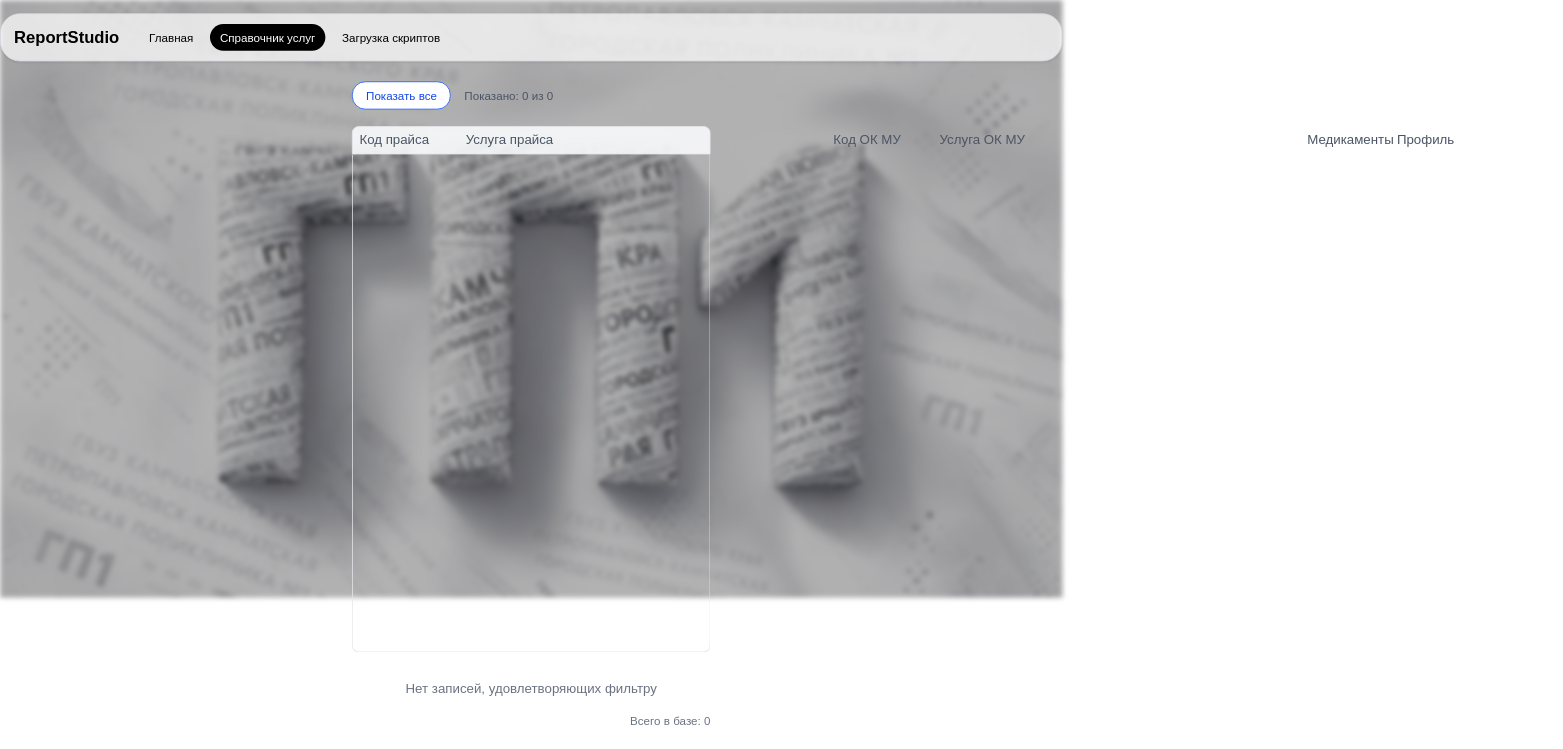
Repository: vladzap2423/report_studio_v2
Page: /services
An editor plug-in stored every save of this project. The page is shown before and after the next save, followed by the edit.
The browser window is 1280 px wide. The page is 1883 px wide, then 1483 px, so the pictures cover 1883 px, including what lies to the right of the window. The pictures show the whole page, at 83% of full size.
The page's requests for data from a server got no answer. The project was rebuilt for these pictures with package versions that can differ from the ones it lists, and the page was loaded fresh each time. The framework's server and built-in components were replaced by stand-ins that run in the browser. No one was signed in, and anything a server would have sent is missing. Also part of the build but not shown: next.config.ts.

Above is the page before, as saved 2026-03-17 15:39:51.

### src/app/layout.tsx
import type { Metadata } from "next";
import { Geist, Geist_Mono } from "next/font/google";
import "./globals.css";
import Header from "./components/Header";

const geistSans = Geist({
  variable: "--font-geist-sans",
  subsets: ["latin"],
});

const geistMono = Geist_Mono({
  variable: "--font-geist-mono",
  subsets: ["latin"],
});

export const metadata: Metadata = {
  title: "Create Next App",
  description: "Generated by create next app",
};

export default function RootLayout({
  children,
}: Readonly<{
  children: React.ReactNode;
}>) {
  return (
    <html lang="en">
      <body
        className={`${geistSans.variable} ${geistMono.variable} antialiased`}
      >
        <Header

          title="ReportStudio"
          links={[
            { label: "Главная", href: "/" },
            { label: "Справочник услуг", href: "/services" },
            { label:"Загрузка скриптов", href: "/load"}
          ]}
        />
        {children}
      </body>
    </html>
  );
}

### src/app/services/page.tsx
// src/app/services/page.tsx
"use client";

import { useEffect, useState, useMemo, useRef } from "react";
import { useVirtualizer, VirtualItem } from "@tanstack/react-virtual";

type Service = {
  ID: number;
  price_code: string | null;
  price_service: string | null;
  okmu_code: string | null;
  okmu_service: string | null;
  medicaments: number;
  profile: string | null;
};

export default function ServicesPage() {
  const [services, setServices] = useState<Service[]>([]);
  const [profiles, setProfiles] = useState<string[]>([]);
  const [showOnlyUsed, setShowOnlyUsed] = useState(true);
  const [loading, setLoading] = useState(true);

  const parentRef = useRef<HTMLDivElement>(null);

  // Загрузка данных
  const loadData = async () => {
    try {
      const [resServices, resProfiles] = await Promise.all([
        fetch("/api/services"),
        fetch("/api/profiles"),
      ]);

      if (!resServices.ok || !resProfiles.ok) throw new Error("Ошибка загрузки");

      const data = await resServices.json();
      const profList = await resProfiles.json();

      setServices(Array.isArray(data.services) ? data.services : []);
      setProfiles(Array.isArray(profList) ? profList : ["Терапия", "Хирургия", "Другое"]);
    } catch (err) {
      console.error(err);
    } finally {
      setLoading(false);
    }
  };

  useEffect(() => {
    loadData();
  }, []);

  const filteredServices = useMemo(() => {
    if (!showOnlyUsed) return services;
    return services.filter(
      (item) =>
        item.okmu_code &&
        item.okmu_code.trim() !== "" &&
        item.okmu_code.trim().toUpperCase() !== "NULL" &&
        item.okmu_code.trim() !== "-"
    );
  }, [services, showOnlyUsed]);

  const saveField = async (id: number, field: keyof Service, value: any) => {
    try {
      const res = await fetch("/api/services", {
        method: "PUT",
        headers: { "Content-Type": "application/json" },
        body: JSON.stringify({ id, field, value }),
      });
      if (!res.ok) throw new Error();

      setServices((prev) =>
        prev.map((item) => (item.ID === id ? { ...item, [field]: value } : item))
      );
    } catch {
      alert("Не удалось сохранить изменение");
    }
  };

  // Виртуализация строк
  const rowVirtualizer = useVirtualizer({
    count: filteredServices.length,
    getScrollElement: () => parentRef.current,
    estimateSize: () => 40,
    overscan: 10,
  });

  return (
    <div className="p-6 max-w-screen-2xl mx-100">
      {loading && <div className="mb-4 text-sm text-gray-500">Загрузка данных...</div>}

      <div className="mb-5 flex items-center gap-4 flex-wrap">
        <button
          onClick={() => setShowOnlyUsed(!showOnlyUsed)}
          className={`px-4 py-1.5 text-sm font-medium rounded-2xl border transition-all
          ${
            showOnlyUsed
              ? "border-blue-600 text-blue-700 bg-white hover:bg-blue-50"
              : "border-gray-300 text-gray-700 bg-white hover:bg-gray-50"
          }`}
        >
          {showOnlyUsed ? "Показать все" : "Только используемые"}
        </button>
        <span className="text-sm text-gray-600">
          Показано: {filteredServices.length} из {services.length}
        </span>
      </div>

      {/* Заголовок таблицы */}
      <div className="grid grid-cols-[120px_435px_120px_435px_100px_200px] gap-2 bg-gray-50/90 border border-gray-200 rounded-t-lg px-2 py-1 font-medium text-gray-600">
        <div>Код прайса</div>
        <div>Услуга прайса</div>
        <div>Код ОК МУ</div>
        <div>Услуга ОК МУ</div>
        <div className="text-center">Медикаменты</div>
        <div>Профиль</div>
      </div>

      {/* Виртуализированные строки */}
      <div
        ref={parentRef}
        className="overflow-y-auto border border-t-0 border-gray-200 rounded-b-lg"
        style={{ height: "600px" }}
      >
        <div style={{ height: rowVirtualizer.getTotalSize(), position: "relative" }}>
          {rowVirtualizer.getVirtualItems().map((virtualRow: VirtualItem) => {
            const item = filteredServices[virtualRow.index];
            return (
              <div
                key={item.ID}
                style={{
                  position: "absolute",
                  top: 0,
                  left: 0,
                  width: "100%",
                  height: virtualRow.size,
                  transform: `translateY(${virtualRow.start}px)`,
                }}
                className="grid grid-cols-[120px_435px_120px_435px_100px_200px] gap-2 bg-gray-50/70 border-b border-gray-200 items-center px-2 hover:bg-gray-50"
              >
                <input
                  defaultValue={item.price_code ?? ""}
                  onBlur={(e) => saveField(item.ID, "price_code", e.target.value)}
                  className="w-full border border-transparent bg-transparent px-1.5 py-0.5 text-sm rounded focus:border-blue-400 focus:bg-white focus:outline-none"
                />
                <input
                  defaultValue={item.price_service ?? ""}
                  onBlur={(e) => saveField(item.ID, "price_service", e.target.value)}
                  className="w-full border border-transparent bg-transparent px-1.5 py-0.5 text-sm rounded focus:border-blue-400 focus:bg-white focus:outline-none"
                />
                <input
                  defaultValue={item.okmu_code ?? ""}
                  onBlur={(e) => saveField(item.ID, "okmu_code", e.target.value)}
                  className="w-full border border-transparent bg-transparent px-1.5 py-0.5 text-sm rounded focus:border-blue-400 focus:bg-white focus:outline-none"
                />
                <input
                  defaultValue={item.okmu_service ?? ""}
                  onBlur={(e) => saveField(item.ID, "okmu_service", e.target.value)}
                  className="w-full border border-transparent bg-transparent px-1.5 py-0.5 text-sm rounded focus:border-blue-400 focus:bg-white focus:outline-none"
                />
                <input
                  type="number"
                  defaultValue={item.medicaments ?? 0}
                  onBlur={(e) =>
                    saveField(item.ID, "medicaments", Number(e.target.value) || 0)
                  }
                  className="w-full text-center border border-transparent bg-transparent px-1.5 py-0.5 text-sm rounded focus:border-blue-400 focus:bg-white focus:outline-none"
                />
                <select
                  defaultValue={item.profile ?? ""}
                  onChange={(e) => saveField(item.ID, "profile", e.target.value)}
                  className="w-full border border-transparent bg-white px-1.5 py-0.5 text-sm rounded focus:border-blue-400 focus:outline-none"
                >
                  <option value="">— не выбран —</option>
                  {profiles.map((p) => (
                    <option key={p} value={p}>
                      {p}
                    </option>
                  ))}
                </select>
              </div>
            );
          })}
        </div>
      </div>

      {filteredServices.length === 0 && !loading && (
        <p className="mt-8 text-center text-gray-500">Нет записей, удовлетворяющих фильтру</p>
      )}

      <p className="mt-4 text-sm text-gray-500 text-right">
        Всего в базе: {services.length}
      </p>
    </div>
  );
}

### src/app/globals.css
@import "tailwindcss";

:root {
  --background: #ffffff;
  --foreground: #171717;
  color-scheme: light;
}

@theme inline {
  --color-background: var(--background);
  --color-foreground: var(--foreground);
  --font-sans: var(--font-geist-sans);
  --font-mono: var(--font-geist-mono);
}

body {
  background: var(--background);
  color: var(--foreground);
  font-family: Arial, Helvetica, sans-serif;
  position: relative; /* важно для ::before */
  min-height: 100vh;
}

body::before {
  content: "";
  position: fixed;
  top: 0;
  left: 0;
  width: 100%;
  height: 100%;
  background-image: url("/fon.png");
  background-size: cover;
  background-position: center;
  background-repeat: no-repeat;
  filter: blur(3px) brightness(0.7);
  z-index: -1; /* чтобы контент был поверх фона */
}

### src/app/components/Header.tsx
"use client";

import React from "react";
import Link from "next/link";
import { usePathname } from "next/navigation";

type HeaderProps = {
  title?: string;
  links?: { label: string; href: string }[];
};

const Header: React.FC<HeaderProps> = ({ title = "ReportStudio", links = [] }) => {
  const pathname = usePathname();

  return (
    <header className="w-full flex justify-center mt-4">
      <div className="w-full max-w-7xl px-4 py-3 flex items-center space-x-6 bg-white/70 border border-gray-300 rounded-3xl shadow-sm">

        {/* Название */}
        <div className="text-xl font-semibold text-black">
          {title}
        </div>

        {/* Меню */}
        <nav className="flex space-x-2">
          {links.map((link) => {
            const isActive = pathname === link.href;

            return (
              <Link
                key={link.href}
                href={link.href}
                className={`px-3 py-1.5 rounded-3xl text-sm transition-colors ${
                  isActive
                    ? "bg-black text-white"
                    : "text-black hover:bg-gray-100"
                }`}
              >
                {link.label}
              </Link>
            );
          })}
        </nav>

      </div>
    </header>
  );
};

export default Header;

After the next save:
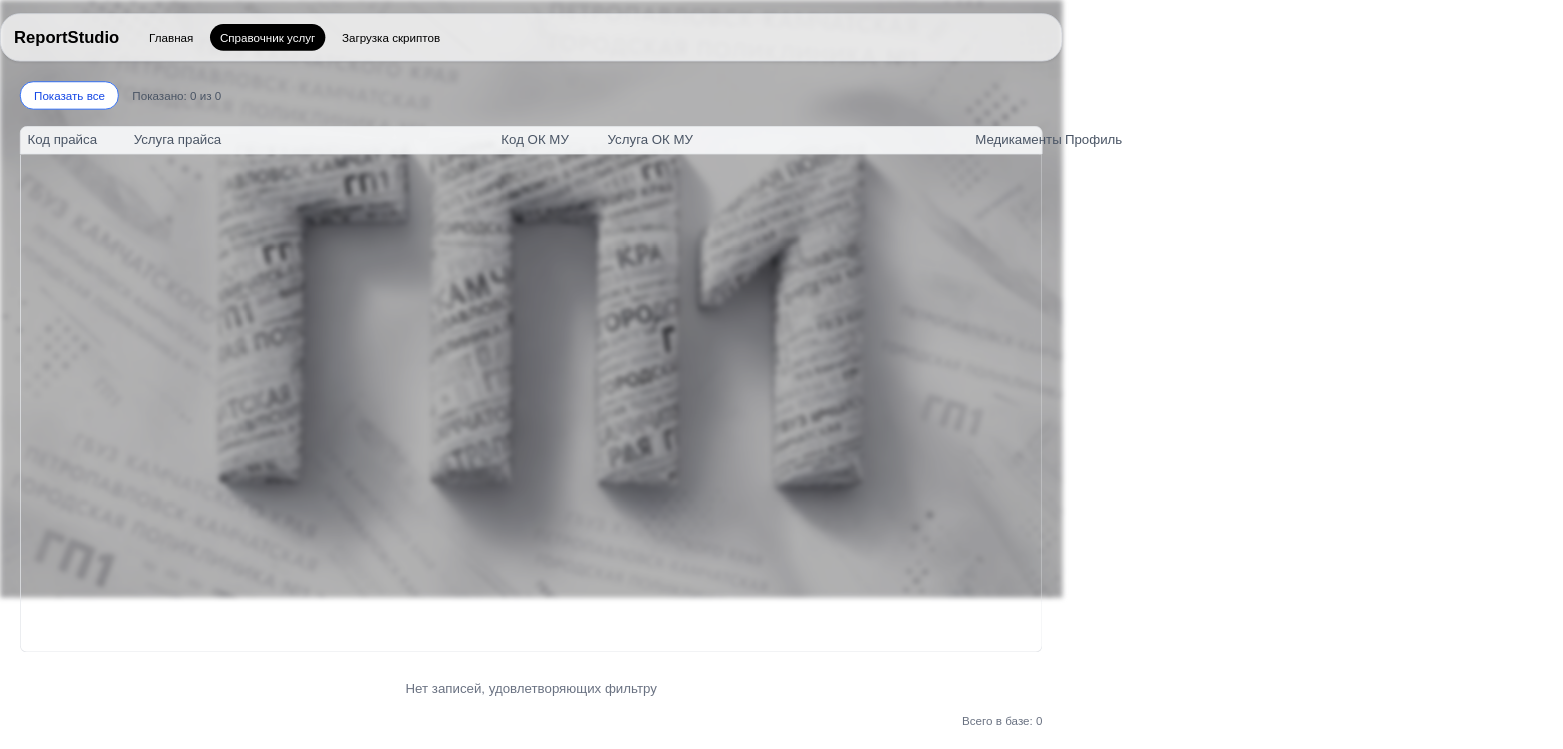
Saved 6 s later.
--- a/src/app/services/page.tsx
+++ b/src/app/services/page.tsx
@@ -85,7 +85,7 @@ export default function ServicesPage() {
   });
 
   return (
-    <div className="p-6 max-w-screen-2xl mx-100">
+    <div className="p-6 max-w-screen-2xl mx-auto">
       {loading && <div className="mb-4 text-sm text-gray-500">Загрузка данных...</div>}
 
       <div className="mb-5 flex items-center gap-4 flex-wrap">
